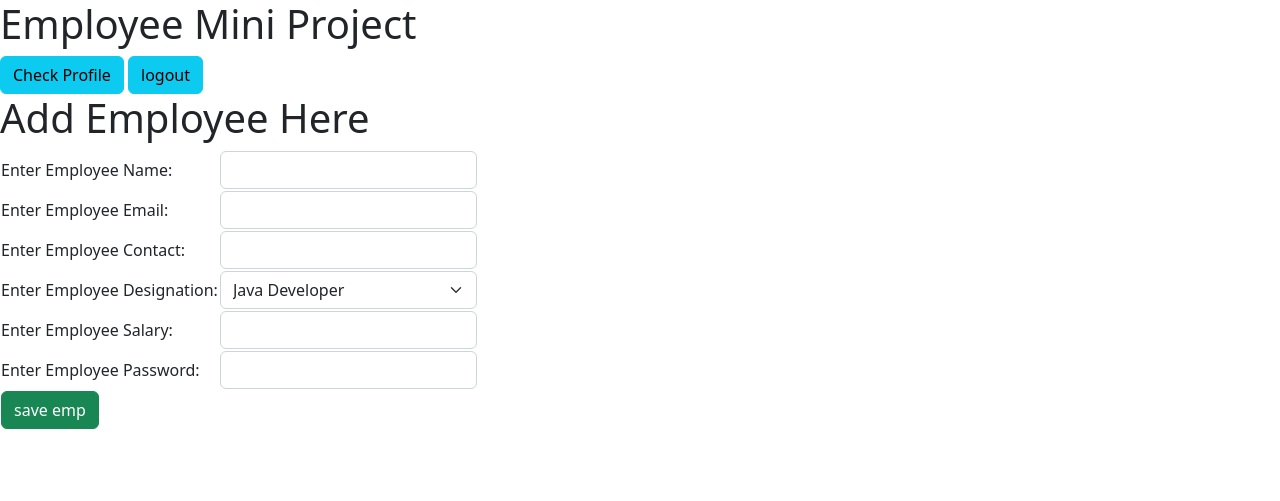
Repository: mca45034/MiniProjectp3
Page: http://localhost/miniproject/addEmployee.jsp
These files come from the project's save history. The page is drawn as it stood at one moment and after the next save; the edit follows.
The browser window is 1280 px wide. The pictures show the whole page.
The page is served by Tomcat 9. Other server files are loaded and not shown.

Above is the page before, as saved 2024-03-02 12:25:37.

### project/miniproject/src/main/webapp/addEmployee.jsp
<%@ page language="java" contentType="text/html; charset=ISO-8859-1"
    pageEncoding="ISO-8859-1"%>
<!DOCTYPE html>
<html>
<head>
<meta charset="ISO-8859-1">
<title>Add Employee</title>

</head>
<body>
<%-- <jsp:include page="/jsp/header.jsp"></jsp:include> --%>
<%@ include file="header.jsp" %>
<h1>Add Employee Here</h1>
<form action="/MiniAppProject/employeec" method="post">
<input type="hidden" name="action" value="addemp">
	<table>
		<tr>
			<td>Enter Employee Name:</td>
			<td><input type="text" name="empname" class="form-control"></td>
		</tr>
		<tr>
			<td>Enter Employee Email:</td>
			<td><input type="text" name="empemail" class="form-control"></td>
		</tr>
		<tr>
			<td>Enter Employee Contact:</td>
			<td><input type="text" name="empcontact" class="form-control"></td>
		</tr>
		<tr>
			<td>Enter Employee Designation:</td>
			<td>
				<select name="empdesignation"  class="form-select" >
					<option>Java Developer</option>
					<option>Python Developer</option>
					<option>Manual Tester</option>
					<option>Automation Tester</option>
					<option>Data Analytics</option>
				</select>
			</td>
		</tr>
		<tr>
			<td>Enter Employee Salary:</td>
			<td><input type="text" name="empsal" class="form-control"></td>
		</tr>
		<tr>
			<td>Enter Employee Password:</td>
			<td><input type="password" name="emppass" class="form-control"></td>
		</tr>
		<tr>
			<td><button class="btn btn-success">save emp</button></td>
		</tr>
	</table>
</form>
<%
String msg=(String)request.getAttribute("msg");
if(msg!=null){

%>
<p style="color:red"><%=msg %></p>
<%} %>
</body>
</html>

### project/miniproject/src/main/webapp/header.jsp
<%@ page language="java" contentType="text/html; charset=ISO-8859-1"
	pageEncoding="ISO-8859-1"%>
<!DOCTYPE html>
<html>
<head>
<meta charset="ISO-8859-1">
<title>Insert title here</title>
<link rel="stylesheet"
	href="https://cdn.jsdelivr.net/npm/bootstrap@5.2.3/dist/css/bootstrap.min.css">

</head>
<body>
	<h1>Employee Mini Project</h1>
	<%
		String user = (String) session.getAttribute("usertype");

		if (user != null) {
	%>
	<h3>
		Hii,
		<%=user%></h3>
	<%
		}
	%>

	<%
		if (user != null && user.equalsIgnoreCase("admin")) {
	%>
	<a href="addEmployee.jsp" class="btn btn-info">Add Employee</a>
	<a href="employeec" class="btn btn-info">show Employee list</a>
	<h1><hr></h1>
	<%
		}

		else if (user != null || user != "admin") {
	%>
	<a href="/MiniAppProject/employeec?action=editbyemail&email=<%=user%>"
		class="btn btn-info">Check Profile</a>
	<%
		}
	%>
	<a href="loginc" class="btn btn-info">logout</a>
</body>
</html>

After the next save:
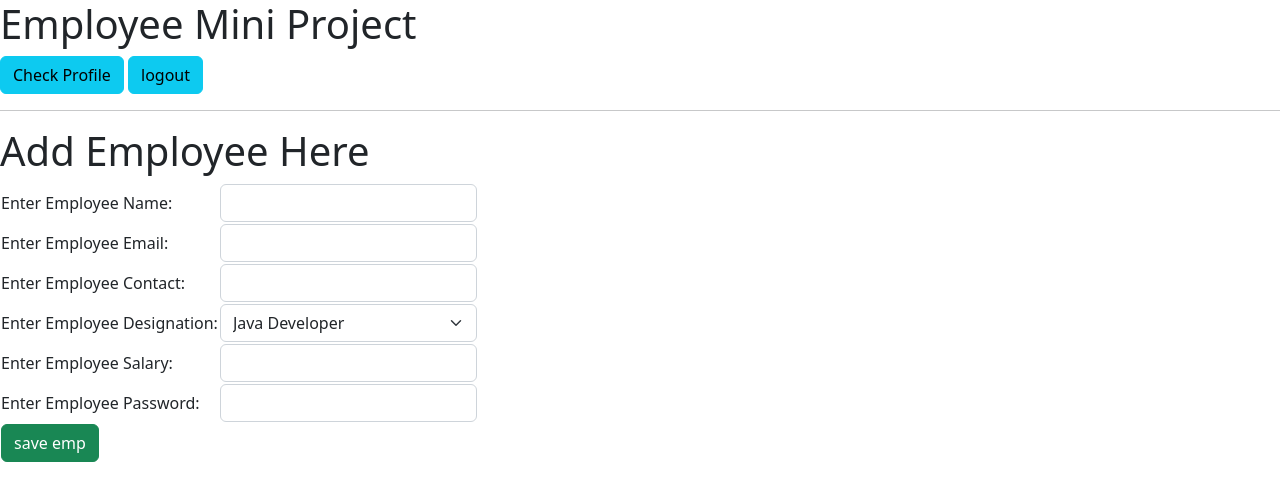
Saved 21 s later.
--- a/project/miniproject/src/main/webapp/header.jsp
+++ b/project/miniproject/src/main/webapp/header.jsp
@@ -28,7 +28,7 @@
 	%>
 	<a href="addEmployee.jsp" class="btn btn-info">Add Employee</a>
 	<a href="employeec" class="btn btn-info">show Employee list</a>
-	<h1><hr></h1>
+
 	<%
 		}
 
@@ -40,5 +40,6 @@
 		}
 	%>
 	<a href="loginc" class="btn btn-info">logout</a>
+	<h1><hr></h1>
 </body>
 </html>
